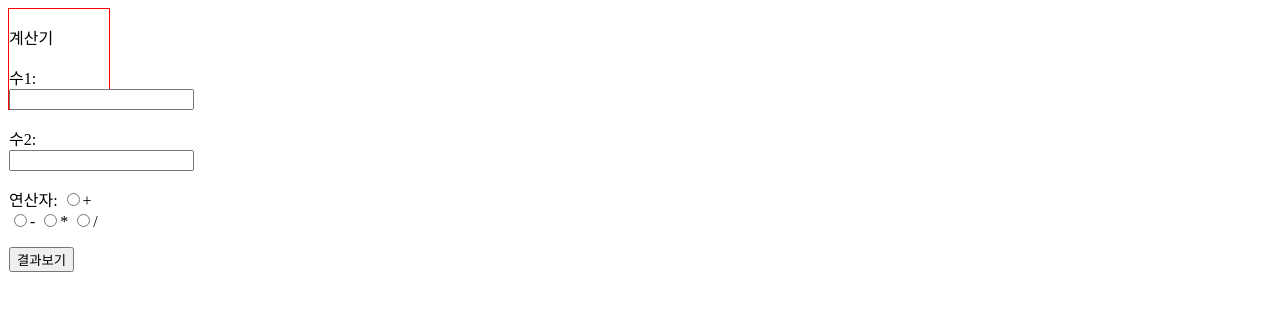
Repository: Kebiskim/2023_jspStudy
Page: 01_servlet/src/main/webapp/view/Ex07.html
These files come from the project's save history. The page is drawn as it stood at one moment and after the next save; the edit follows.
The browser window is 1280 px wide. The pictures show the whole page.

Above is the page before, as saved 2023-06-30 04:09:40.

### 01_servlet/src/main/webapp/view/Ex07.html
<!DOCTYPE html>
<html>
<head>
<meta charset="UTF-8">
<title>Calculator</title>
<style type="text/css">
	#border1{
	  width : 100px;
	  height: 100px;
	  background-color: #gray;
	  border: 1px solid red;
	}
</style>
</head>
<body>
	<div id="border1">
		<p>계산기</p>
		<p>수1: <input type="text" name="num1" id="num1"></p>
		<p>수2: <input type="text" name="num2" id="num2"></p>
		<p>연산자: <input type="radio" name="chk_info" value="CSS">+
				 <input type="radio" name="chk_info" value="CSS">-
				 <input type="radio" name="chk_info" value="CSS">*
				 <input type="radio" name="chk_info" value="CSS">/
		</p>
		<button>결과보기</button>
	</div>
</body>
</html>

After the next save:
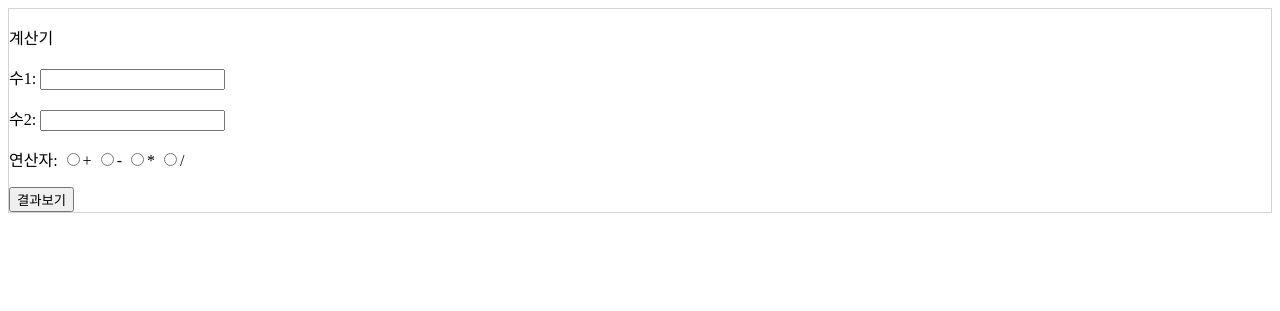
Saved 13 s later.
--- a/01_servlet/src/main/webapp/view/Ex07.html
+++ b/01_servlet/src/main/webapp/view/Ex07.html
@@ -5,10 +5,8 @@
 <title>Calculator</title>
 <style type="text/css">
 	#border1{
-	  width : 100px;
-	  height: 100px;
-	  background-color: #gray;
-	  border: 1px solid red;
+	  width : auto;
+	  border: 1px solid lightgray;
 	}
 </style>
 </head>
